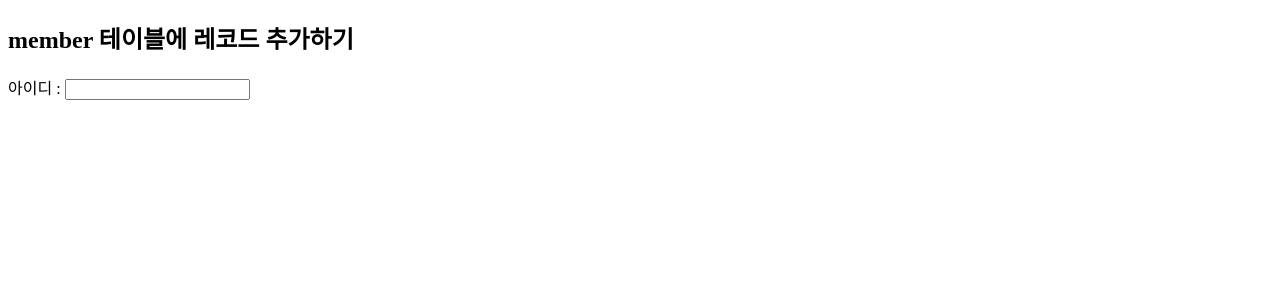
Repository: matodale/StudyJSP
Page: http://localhost/StudyJSP/ch11/insertTestForm.jsp
The author's editor kept a copy of each file at every save. The page is drawn from the files as they stood at one save, then again after the next save.
The browser window is 1280 px wide. The pictures show the whole page.
The page is served by Tomcat 9.

Above is the page before, as saved 2022-12-22 10:48:18.

After the next save:
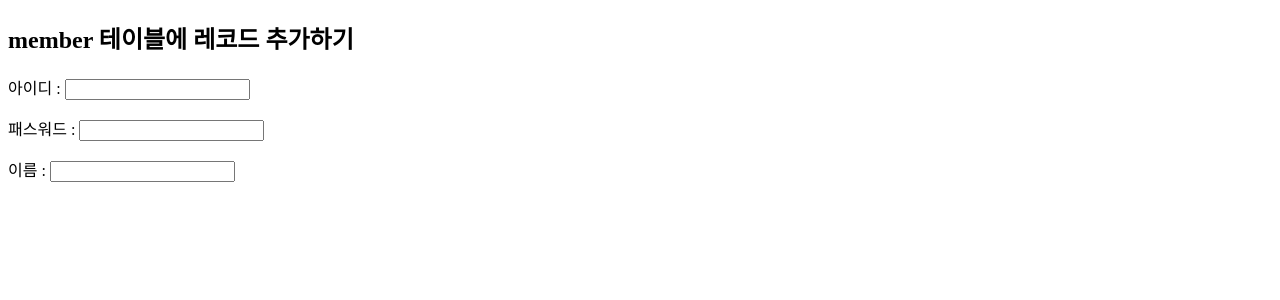
Saved 61 s later.
--- a/StudyJSP/src/main/webapp/ch11/insertTestForm.jsp
+++ b/StudyJSP/src/main/webapp/ch11/insertTestForm.jsp
@@ -10,6 +10,8 @@
 <h2>member 테이블에 레코드 추가하기</h2>
 <form method="post" action="insertTestPor.jsp">
 	<p>아이디 : <input type="text" name="id" maxlength="50"></p>
+	<p>패스워드 : <input type="password" name="passwd" maxlength="16"></p>
+	<p>이름 : <input type="text" name="name" maxlength="10"></p>
 
 </form>
 </body>
